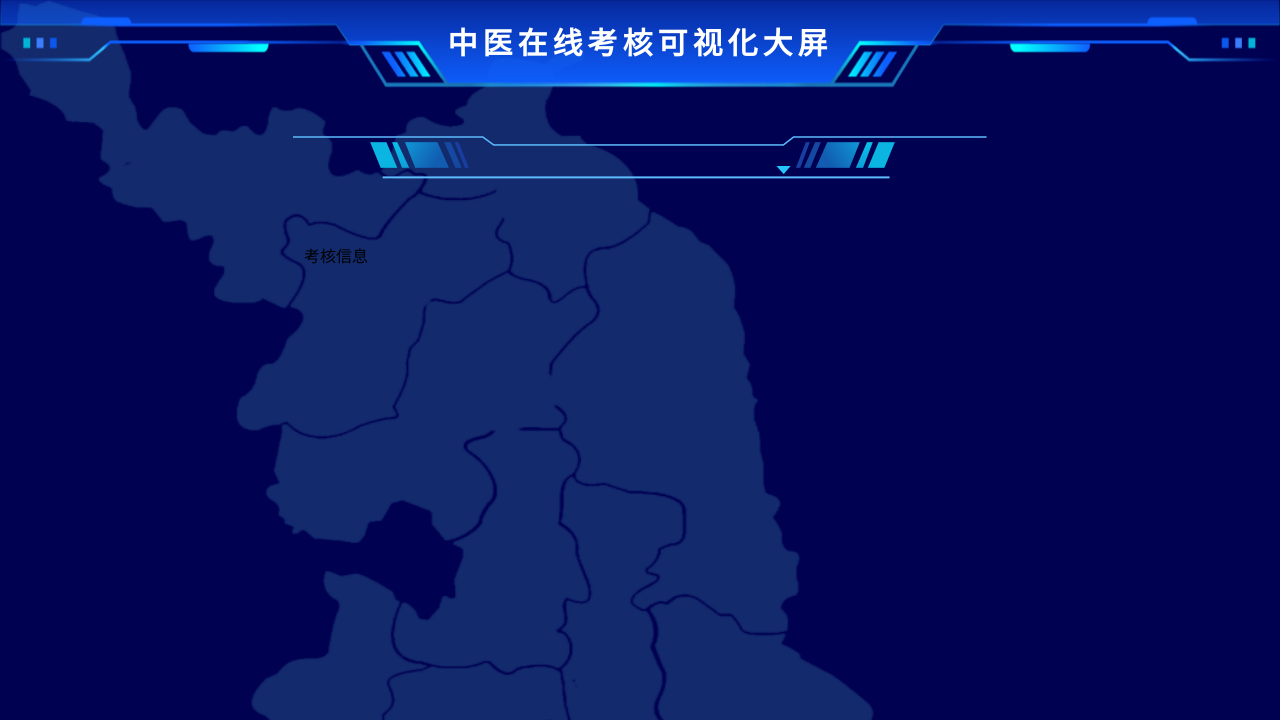
Repository: krislorem/medicine-online-datascreen-vue
Page: /
These files come from the project's save history. The page is drawn as it stood at one moment and after the next save; the edit follows.
The browser window is 1280 px wide. The pictures show the whole page.
The project was rebuilt for these pictures with package versions that can differ from the ones it lists, and the page was loaded fresh each time. Also part of the build but not shown: vite.config.ts.

Above is the page before, as saved 2024-12-04 11:45:06.
Console error (its wording comes from the project's code and is left out).

### src/main.ts
import './assets/main.css'

import { createApp } from 'vue'
import { createPinia } from 'pinia'
import ElementPlus from 'element-plus'
import 'element-plus/dist/index.css'
import App from './App.vue'
import router from './router'

const app = createApp(App)

app.use(createPinia())
app.use(router)
app.use(ElementPlus)
app.mount('#app')

### src/assets/main.css
body, html {
  width: 100%;
  height: 100%;
  overflow: hidden;
  margin: 0;
  padding: 0;
  width: 100vw;
  height: 100vh
}

#app {
  width: 100%;
  height: 100%
}

### src/App.vue
<template>
  <div>
    <RouterView></RouterView>
  </div>
</template>

<script setup lang="ts">

</script>

<style scoped>
</style>

### src/views/HomeView.vue
<template>
  <div class="home">
    <nav>
      <h1>中医在线考核可视化大屏</h1>
    </nav>
    <div id="mid-bar">
      <select id="info"></select>
    </div>
    <div id="all-info">
      <div id="left">
        <div class="item item-1">
          <p class="top-name"><span>考核信息</span></p>
        </div>
      </div>
      <div id="right"></div>
    </div>
  </div>
</template>

<style scoped>
body {
  font-family: Helvetica Neue, Helvetica, PingFang SC, Hiragino Sans GB, Microsoft YaHei, "\5FAE\8F6F\96C5\9ED1", Arial, sans-serif;
  font-size: 12px;
  line-height: 1.5;
  color: #515a6e;
  background-color: #fff;
  -webkit-font-smoothing: antialiased;
  -moz-osx-font-smoothing: grayscale;
}

.home {
  background: #010152 url(/ditu.png) 50% no-repeat;
  background-size: 100% 100%;
}

.home nav {
  background-image: url(/dingbu.png);
  background-size: 100% 100%;
  background-repeat: no-repeat;
  overflow: hidden;
  display: -webkit-box;
  display: -ms-flexbox;
  display: flex;
  -webkit-box-align: center;
  -ms-flex-align: center;
  align-items: center;
}

.home nav h1 {
  font-size: 30px;
  font-family: PingFangSC-Semibold, PingFang SC;
  font-weight: 600;
  color: #fff;
  line-height: 58px;
  letter-spacing: 5px;
  margin: 15px auto;
}

.home #mid-bar {
  width: 694px;
  height: 43px;
  background: url(/nav.png) no-repeat;
  margin: 48px auto 36px;
  padding-top: 12px;
  display: -webkit-box;
  display: -ms-flexbox;
  display: flex;
  -webkit-box-pack: center;
  -ms-flex-pack: center;
  justify-content: center;
  -webkit-box-align: center;
  -ms-flex-align: center;
  align-items: center;
}

.home #mid-bar #info {
  appearance: none;
  -moz-appearance: none;
  -webkit-appearance: none;
  background: transparent url('/jiantou.png') no-repeat scroll 100%;
  width: 302px;
  height: 22px;
  font-size: 16px;
  text-align: center;
  font-family: PingFangSC-Semibold, PingFang SC;
  font-weight: 600;
  color: #26c5fb;
  line-height: 22px;
  letter-spacing: 2px;
  border: none;
}

#all-info {
  width: 100%;
  height: 796px;
  margin: 20px auto;
  display: -webkit-box;
  display: -ms-flexbox;
  display: flex;
  -ms-flex-pack: distribute;
  justify-content: space-around;
}
</style>
<script setup lang="ts">
import * as echarts from 'echarts';
import { onMounted } from 'vue'
const labelOption = {
  show: true,
  position: 'insideBottom',
  distance: 15,
  align: 'left',
  verticalAlign: 'middle',
  rotate: 90,
  formatter: '{c}  {name|{a}}',
  fontSize: 16,
  rich: {
    name: {}
  }
};
const option = {
  tooltip: {
    trigger: 'axis',
    axisPointer: {
      type: 'shadow'
    }
  },
  legend: {
    data: ['Forest', 'Steppe', 'Desert', 'Wetland']
  },
  xAxis: [
    {
      type: 'category',
      axisTick: { show: false },
      data: ['2012', '2013', '2014', '2015', '2016']
    }
  ],
  yAxis: [
    {
      type: 'value'
    }
  ],
  series: [
    {
      name: 'Forest',
      type: 'bar',
      barGap: 0,
      label: labelOption,
      emphasis: {
        focus: 'series'
      },
      data: [320, 332, 301, 334, 390]
    },
    {
      name: 'Steppe',
      type: 'bar',
      label: labelOption,
      emphasis: {
        focus: 'series'
      },
      data: [220, 182, 191, 234, 290]
    },
    {
      name: 'Desert',
      type: 'bar',
      label: labelOption,
      emphasis: {
        focus: 'series'
      },
      data: [150, 232, 201, 154, 190]
    },
    {
      name: 'Wetland',
      type: 'bar',
      label: labelOption,
      emphasis: {
        focus: 'series'
      },
      data: [98, 77, 101, 99, 40]
    }
  ]
};
onMounted(() => {
  let chartDom = document.getElementById('m');
  let myChart = echarts.init(chartDom);
  option && myChart.setOption(option);
})


</script>

Loaded but not shown: index.html (common file); src/router/index.ts (common file)

After the next save:
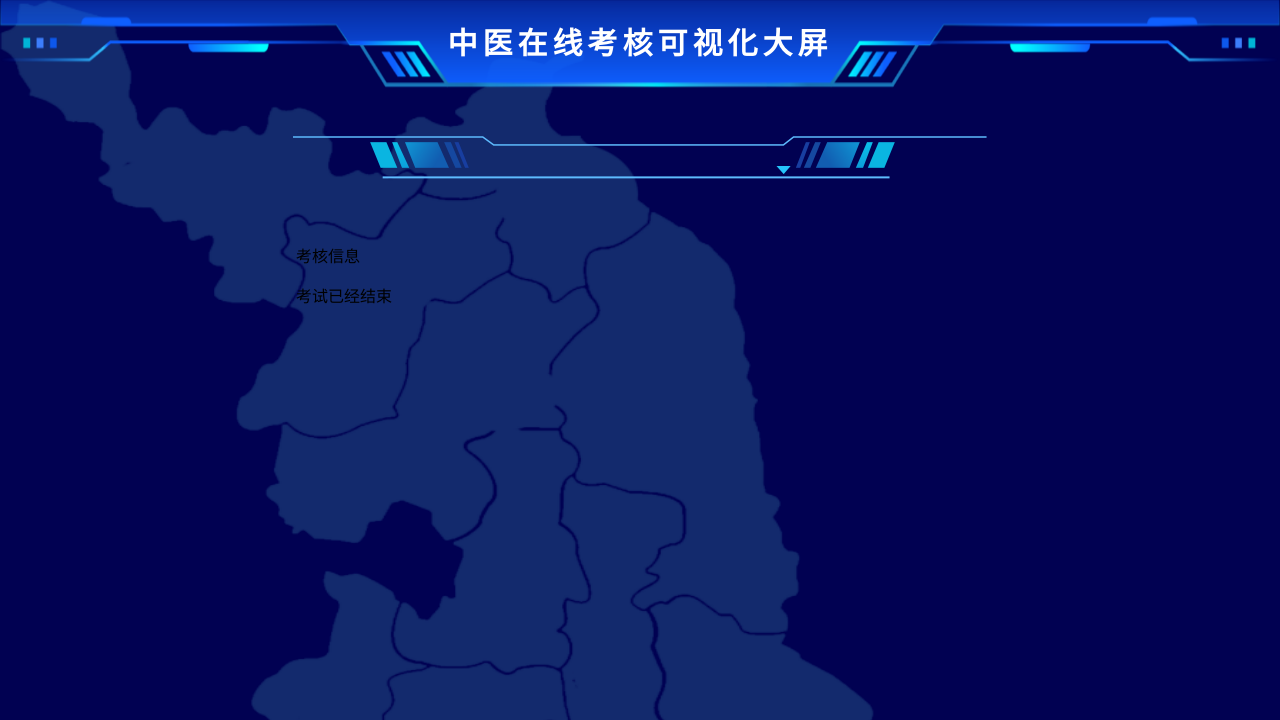
Saved 39 s later.
--- a/src/views/HomeView.vue
+++ b/src/views/HomeView.vue
@@ -10,6 +10,7 @@
       <div id="left">
         <div class="item item-1">
           <p class="top-name"><span>考核信息</span></p>
+          <p class="time-title"><span>考试已经结束</span></p>
         </div>
       </div>
       <div id="right"></div>
